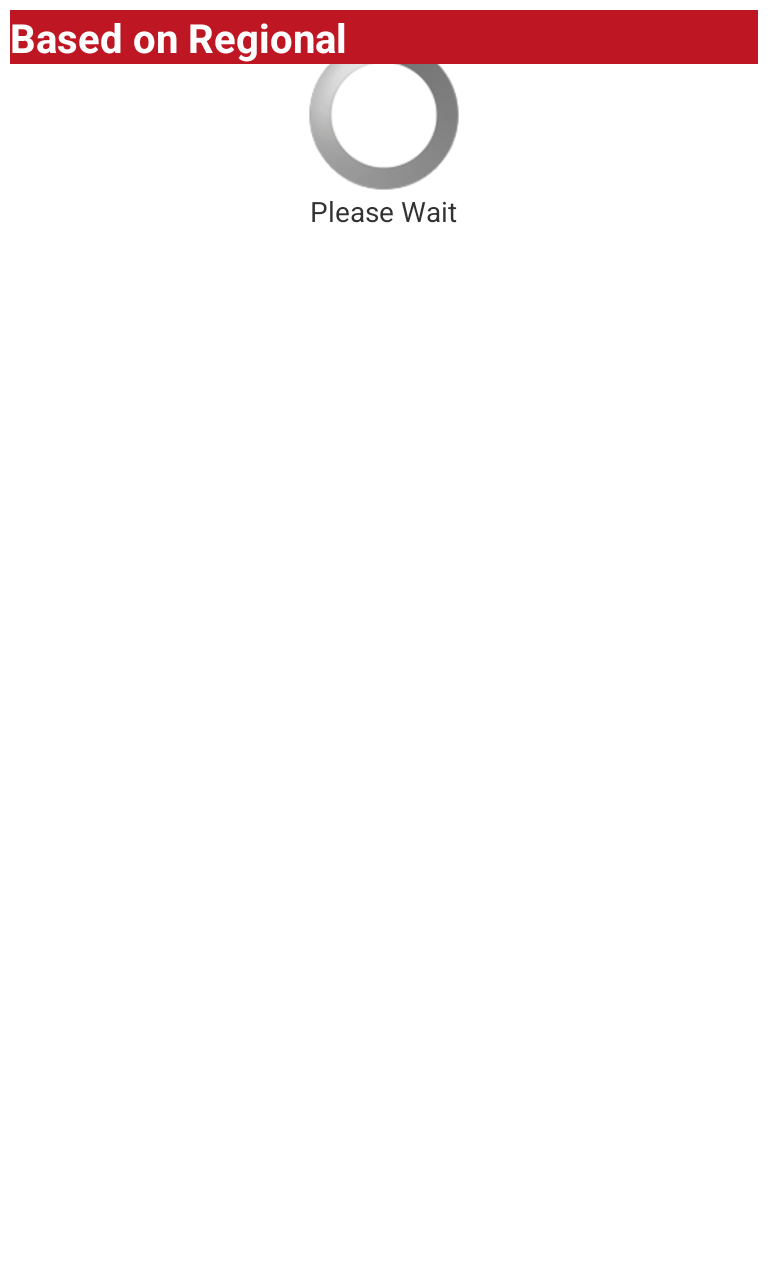
Repository: galihandy/chessboard
Layout: ArsenalIndonesia/res/layout/multiview_regional.xml
The author's editor kept a copy of each file at every save. The layout is drawn from the files as they stood at one save, then again after the next save.
It is drawn on a 768 x 1280 px phone screen (xhdpi) without system bars, with theme android:Theme.Light.NoTitleBar; the app's code is not run. Lists and similar views that code fills are empty.

Above is the layout before, as saved 2013-02-15 14:39:38.

### ArsenalIndonesia/res/layout/multiview_regional.xml
<?xml version="1.0" encoding="utf-8"?>
<RelativeLayout xmlns:android="http://schemas.android.com/apk/res/android"
    android:id="@+id/sampleLayoutExample"
    android:layout_width="fill_parent"
    android:layout_height="fill_parent"
    android:orientation="vertical" >

    <RelativeLayout
        android:id="@+id/loadingRelLayout"
        android:layout_width="fill_parent"
        android:layout_height="wrap_content"
        android:orientation="vertical" >

        <!-- Your Content view here -->

        <ProgressBar
            android:id="@+id/progress_bar"
            style="?android:attr/progressBarStyleLarge"
            android:layout_width="wrap_content"
            android:layout_height="wrap_content"
            android:layout_centerHorizontal="true"
            android:layout_centerVertical="true"
            android:paddingBottom="10dp"
            android:paddingTop="10dp" />

        <TextView
            android:id="@+id/waitting_textview"
            android:layout_width="wrap_content"
            android:layout_height="wrap_content"
            android:layout_below="@+id/progress_bar"
            android:layout_centerHorizontal="true"
            android:text="@string/please_wait" />
    </RelativeLayout>

    <RelativeLayout
        xmlns:tools="http://schemas.android.com/tools"
        android:id="@+id/listRelLayout"
        android:layout_width="match_parent"
        android:layout_height="match_parent"
        android:orientation="vertical" >

        <!-- Your Content view here -->

        <TextView
            android:id="@+id/reg_page_title"
            android:layout_width="match_parent"
            android:layout_height="wrap_content"
            android:layout_margin="5dip"
            android:background="@drawable/red"
            android:text="@string/reg_pg_title_lbl"
            android:textColor="@android:color/white"
            android:textSize="20dp"
            android:textStyle="bold" />

        <ListView
            android:id="@+id/listview"
            android:layout_width="fill_parent"
            android:layout_height="match_parent"
            android:layout_below="@id/reg_page_title"
            tools:context=".FeaturedActivity" />
    </RelativeLayout>

    <RelativeLayout
        xmlns:tools="http://schemas.android.com/tools"
        android:id="@+id/noDataRelLayout"
        android:layout_width="match_parent"
        android:layout_height="match_parent"
        android:orientation="vertical" >

        <TextView
            android:id="@+id/no_data_textview"
            android:layout_width="wrap_content"
            android:layout_height="wrap_content"
            android:layout_centerInParent="true"
            android:textSize="20dp" />
    </RelativeLayout>

</RelativeLayout>

### ArsenalIndonesia/res/values/strings.xml
<resources>

    <string name="app_name">Arsenal Indonesia</string>
    <string name="reg_pg_title_lbl">Based on Regional</string>
    <string name="hello_world">Hello world!</string>
    <string name="menu_settings">Settings</string>
    <string name="search_hint">Search event</string>
    <string name="title_activity_main">Arsenal Indonesia</string>
    <string name="title_activity_featured">Featured</string>
    <string name="title_activity_ticket">Ticket</string>
    <string name="title_activity_myticket">My Ticket</string>
    <string name="please_wait">Please Wait</string>
    <string name="regional_lbl">Regional :</string>
    <string name="date_lbl">Date :</string>
    <string name="description_lbl">Description :</string>
    <string name="ticket">Ticket</string>
	<string name="contact">Contact</string>
	<string name="category">Category</string>
	<string name="author">Author</string>
    <string name="detail_event_add_menu_title">Add to My Event</string>
    <string name="detail_event_rmv_menu_title">Remove from My Event</string>
    <string name="search_event_title">Search Event</string>
    <string name="no_saved_event">No event saved</string>

</resources>

### ArsenalIndonesia/res/values/color.xml
<?xml version="1.0" encoding="utf-8"?>
<resources>

    <drawable name="row_list_feature_item_bgcolor">#777777</drawable>
    <drawable name="white">#ffffff</drawable>
    <drawable name="black">#000000</drawable>
    <drawable name="red">#be1622</drawable>
    <drawable name="grey">#555555</drawable>
    <drawable name="list_elm_bg_clr">#f6f6f6</drawable>
    <drawable name="def_bg_clr">#f6f6f6</drawable>


</resources>

After the next save:
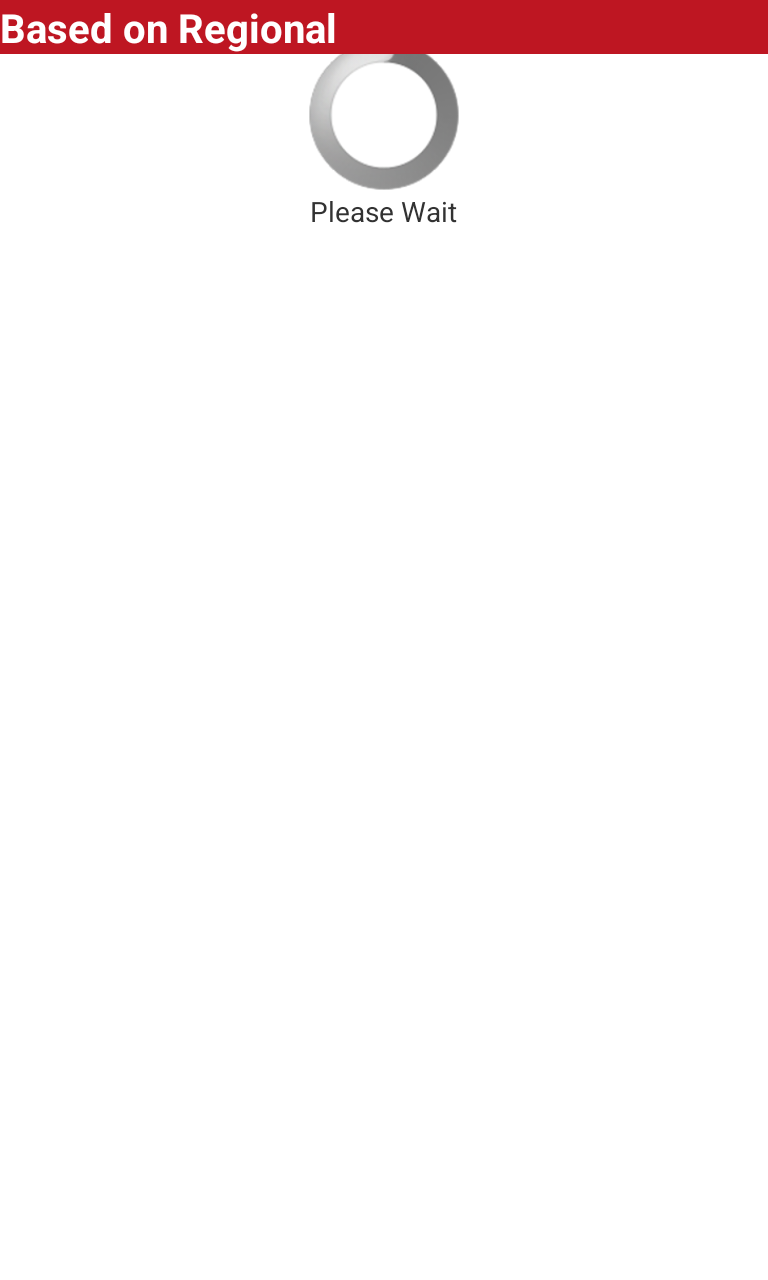
Saved 87 s later.
--- a/ArsenalIndonesia/res/layout/multiview_regional.xml
+++ b/ArsenalIndonesia/res/layout/multiview_regional.xml
@@ -45,7 +45,7 @@
             android:id="@+id/reg_page_title"
             android:layout_width="match_parent"
             android:layout_height="wrap_content"
-            android:layout_margin="5dip"
+
             android:background="@drawable/red"
             android:text="@string/reg_pg_title_lbl"
             android:textColor="@android:color/white"
